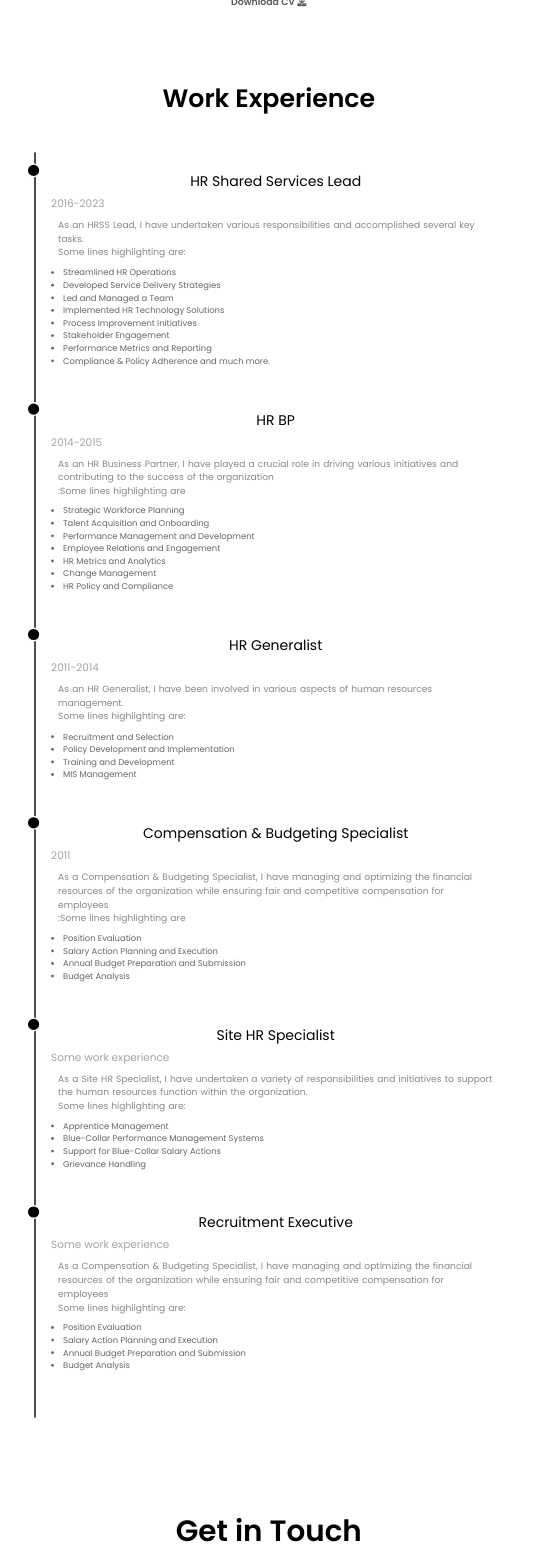
Repository: xoshiraghavx/Niharika-portfolio
Page: index.html
The author's editor kept a copy of each file at every save. The page is drawn from the files as they stood at one save, then again after the next save.
The browser window is 768 px wide. The pictures show the part of the page from y = 1439 to 3679 px (the page is 4187 px tall), at 70% of full size.
Some web libraries are served in a nearby version.

Above is the page before, as saved 2023-06-16 11:11:02.

After the next save:
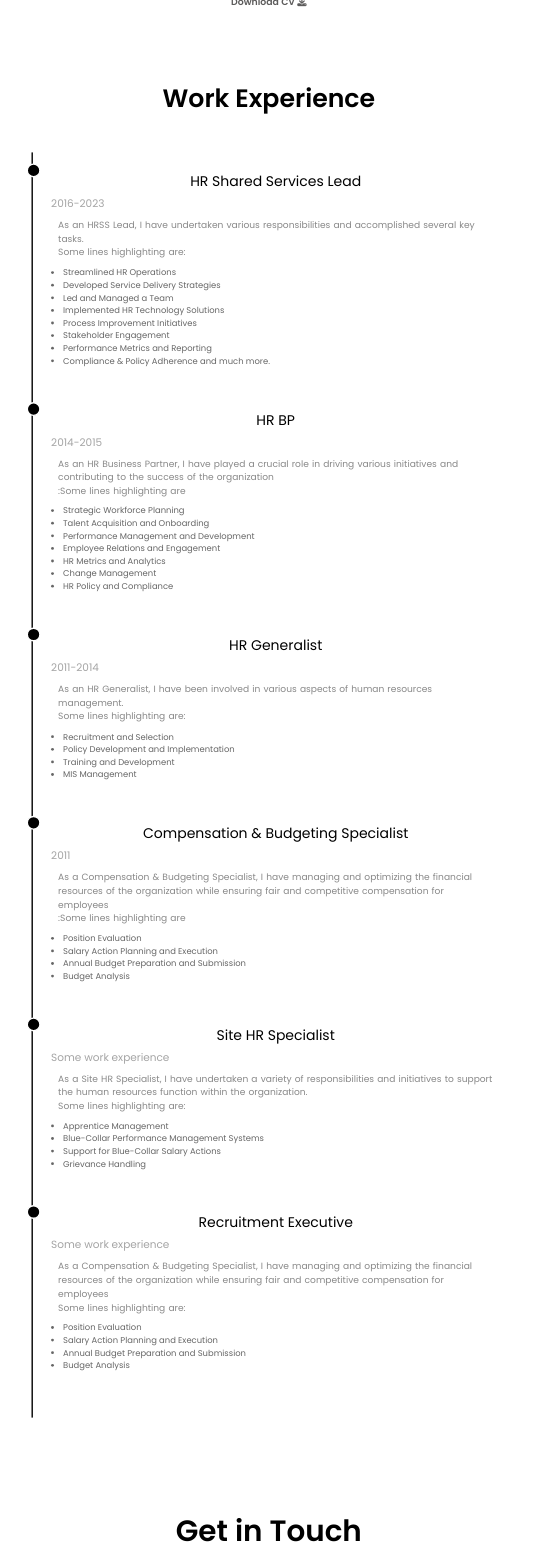
Saved 5 s later.
--- a/css/index.css
+++ b/css/index.css
@@ -298,7 +298,7 @@
         content: '';
         position: absolute;
         top: 0;
-        left: .7rem;
+        left: .5rem;
         margin-left: -1px;
         width: 2px;
         height: 100%;
